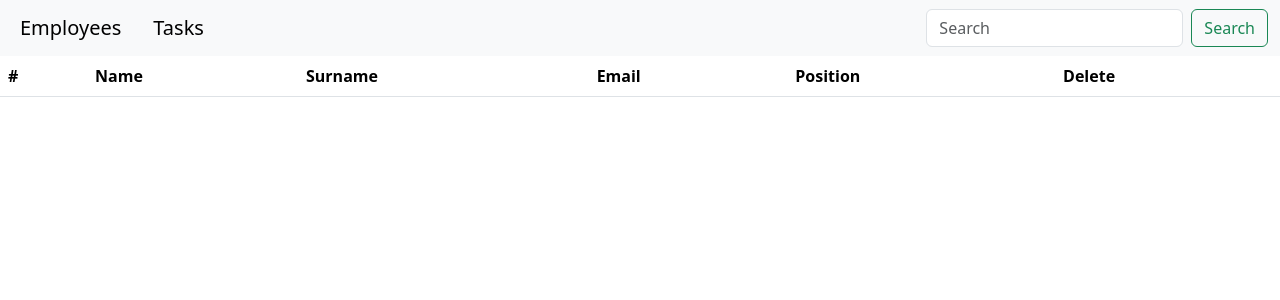
Repository: RaffiBarseghyan/employees
Page: /employees
The author's editor kept a copy of each file at every save. The page is drawn from the files as they stood at one save, then again after a run of saves.
The browser window is 1280 px wide. The pictures show the whole page.
The page's requests for data from a server got no answer. The project was rebuilt for these pictures with package versions that can differ from the ones it lists, and the page was loaded fresh each time. No one was signed in, and anything a server would have sent is missing. Also part of the build but not shown: src/App.css, src/Pages/Employees/employees.module.scss, src/Pages/UpDel/upDel.module.scss, src/Pages/UpDel/delete.jsx, src/Pages/Tasks/tasks.jsx.

Above is the page before, as saved 2023-06-15 01:06:32.

After the next 3 saves:
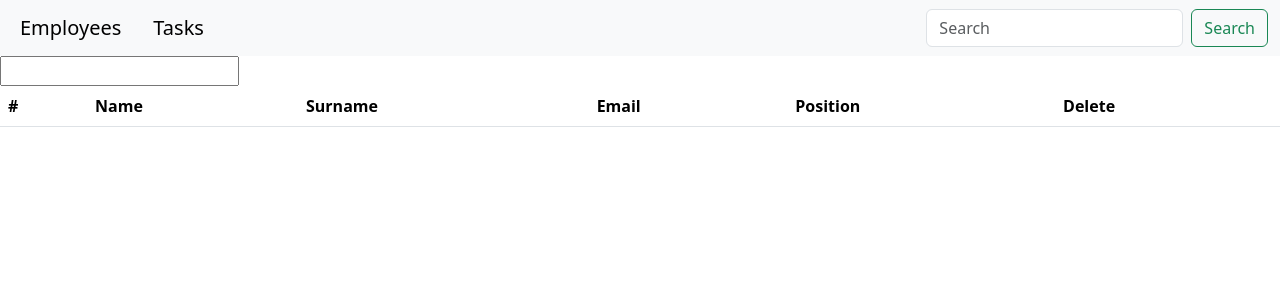
The 3 saves are shown as one change because they came seconds apart.
The last was saved 101 s later.
--- a/src/Pages/Employees/employees.jsx
+++ b/src/Pages/Employees/employees.jsx
@@ -19,7 +19,10 @@ function Employees() {
   return (
     <>
 
+        <div>
 
+            <input type="text" />
+        </div>
 
 
       <table className="table">
